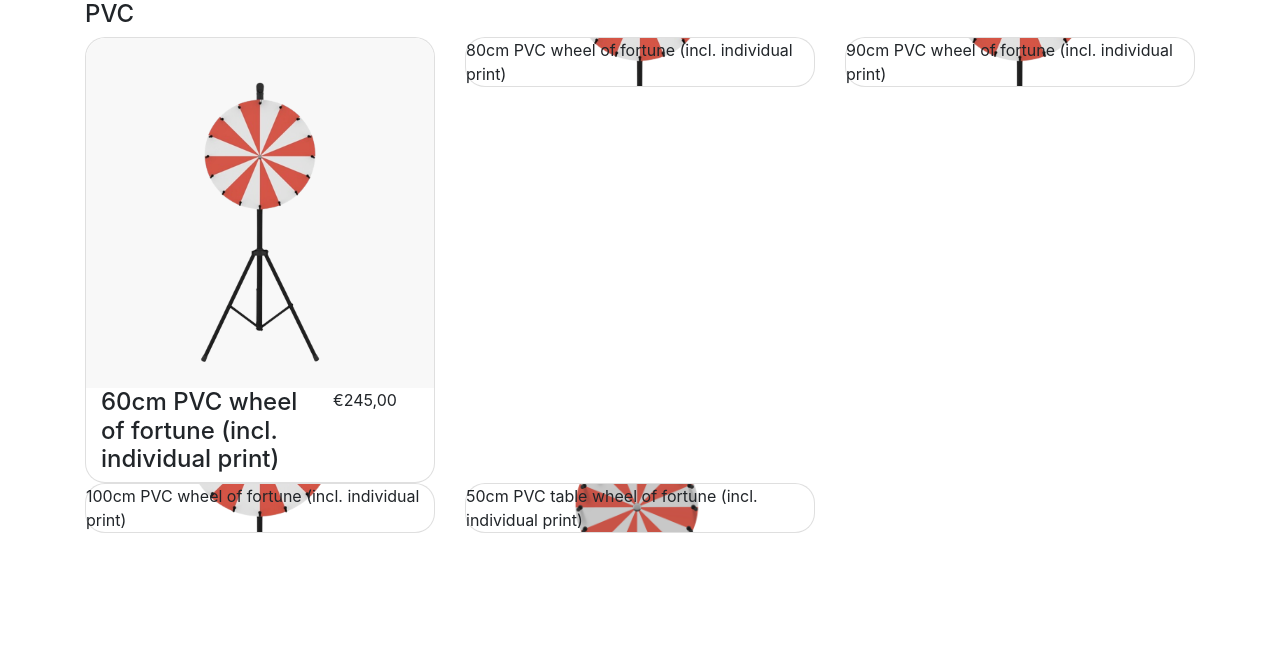
Repository: Awaisp-irfan/fahad-project
Page: pvc.html
The author's editor kept a copy of each file at every save. The page is drawn from the files as they stood at one save, then again after a run of saves.
The browser window is 1280 px wide. The pictures show the whole page.

Above is the page before, as saved 2022-06-30 09:08:19.

After the next 2 saves:
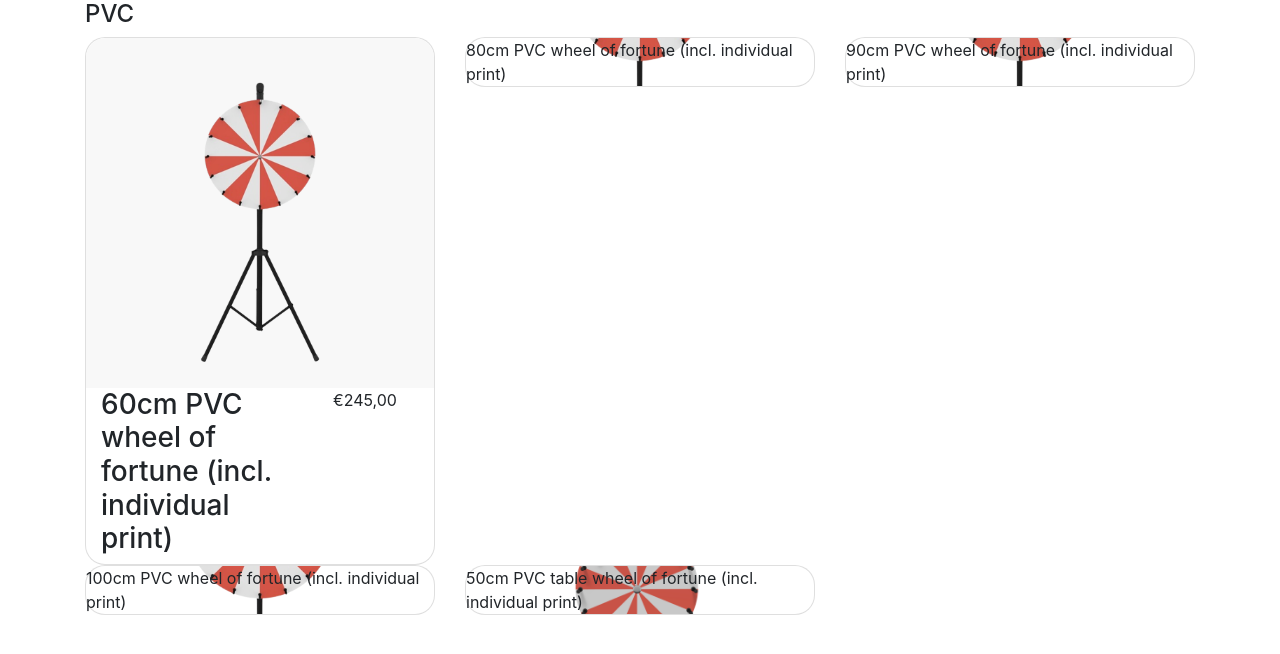
The 2 saves are shown as one change because they came seconds apart.
The last was saved 15 s later.
--- a/pvc.html
+++ b/pvc.html
@@ -31,7 +31,7 @@
                         </div>
                     </div>
                     <div class="cm60-content d-flex justify-content-between">
-                        <div class="col-lg-8"><h4>60cm PVC wheel of fortune (incl. individual print)</h4></div>
+                        <div class="col-lg-8"><h3>60cm PVC wheel of fortune (incl. individual print)</h3></div>
                          <div class="col-lg-4">€245,00</div>
                     </div>
                 </div>
